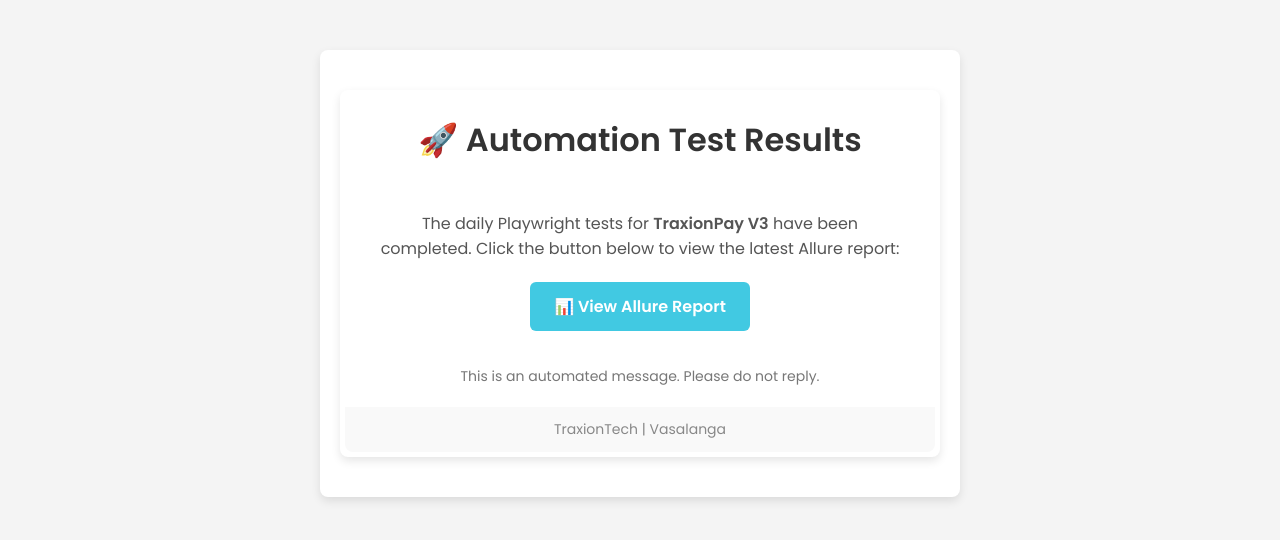
Repository: jmendozaqa24/TraxionPay-V3
Page: template.html
An editor plug-in stored every save of this project. The page is shown before and after the next save, followed by the edit.
The browser window is 1280 px wide. The pictures show the whole page.

Above is the page before, as saved 2025-02-17 10:35:12.

### template.html
<!DOCTYPE html>
              <html lang="en">
              <head>
                  <meta charset="UTF-8">
                  <meta name="viewport" content="width=device-width, initial-scale=1.0">
                  <title>Test Results Notification</title>
                  <link href="https://fonts.googleapis.com/css2?family=Poppins:wght@400;600&display=swap" rel="stylesheet">
              </head>
              <body style="font-family: 'Poppins', Arial, sans-serif; background-color: #f4f4f4; margin: 5px 0; padding: 25px; border-radius: 8px;">
                  <div style="max-width: 600px; margin: 20px auto; background-color: #ffffff; padding: 20px; border-radius: 8px; box-shadow: 0 4px 10px rgba(0, 0, 0, 0.1);">


                    <body style="font-family: 'Poppins', Arial, sans-serif; background-color: #f4f4f4; margin: 5px 0; padding: 25px 0;  border-radius: 8px;">
                        <div style="max-width: 600px; margin: 20px auto; background-color: #ffffff; padding: 5px; border-radius: 8px; box-shadow: 0 4px 10px rgba(0, 0, 0, 0.1);">
                            <div style="text-align: center; padding-bottom: 0">
                      <!-- Header -->
                      <div style="text-align: center;">
                          <h1 style="color: #333333; margin: 5; padding-bottom: 10px;">🚀 Automation Test Results</h1>
                      </div>

                      <!-- Body Content -->
                      <div style="text-align: center; padding: 15px 30px;">
                          <p style="color: #555555; font-size: 16px; line-height: 1.6; margin: 0;">
                              The daily Playwright tests for <strong>TraxionPay V3</strong> have been completed. Click the button below to view the latest Allure report:
                          </p>

                          <!-- Call to Action Button -->
                          <a href="https://dread-vin.github.io/TraxionPay-V3/"
                              style="display: inline-block; padding: 12px 24px; margin-top: 20px; font-size: 16px; font-weight: 600; color: #ffffff;
                                    background-color: #41C9E2; border-radius: 6px; text-decoration: none; transition: 0.3s;">
                              📊 View Allure Report
                          </a>
                      </div>

                      <!-- Disclaimer -->
                      <div style="text-align: center; padding-top: 20px; font-size: 14px; color: #777777;">
                          <p style="margin: 0;">This is an automated message. Please do not reply.</p>
                      </div>

                      <!-- Footer -->
                      <div style="margin-top: 20px; background-color: #f9f9f9; padding: 12px; border-radius: 0 0 8px 8px; text-align: center;">
                          <p style="font-size: 14px; color: #888888; margin: 0;"> TraxionTech | Vasalanga </p>
                      </div>

                    </div>
                </body>
              </html>

After the next save:
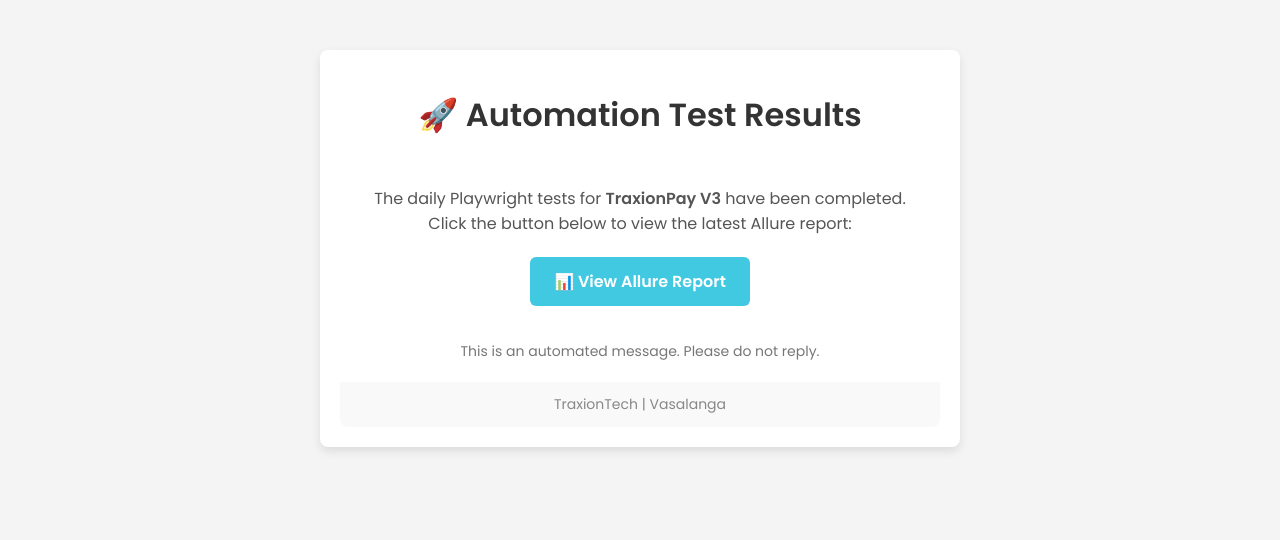
Saved 18 s later.
--- a/template.html
+++ b/template.html
@@ -8,11 +8,6 @@
               </head>
               <body style="font-family: 'Poppins', Arial, sans-serif; background-color: #f4f4f4; margin: 5px 0; padding: 25px; border-radius: 8px;">
                   <div style="max-width: 600px; margin: 20px auto; background-color: #ffffff; padding: 20px; border-radius: 8px; box-shadow: 0 4px 10px rgba(0, 0, 0, 0.1);">
-
-
-                    <body style="font-family: 'Poppins', Arial, sans-serif; background-color: #f4f4f4; margin: 5px 0; padding: 25px 0;  border-radius: 8px;">
-                        <div style="max-width: 600px; margin: 20px auto; background-color: #ffffff; padding: 5px; border-radius: 8px; box-shadow: 0 4px 10px rgba(0, 0, 0, 0.1);">
-                            <div style="text-align: center; padding-bottom: 0">
                       <!-- Header -->
                       <div style="text-align: center;">
                           <h1 style="color: #333333; margin: 5; padding-bottom: 10px;">🚀 Automation Test Results</h1>
